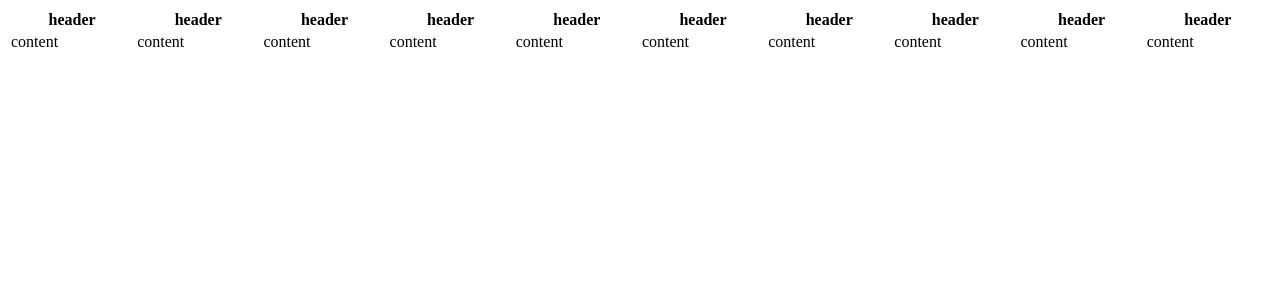
Repository: 16-Doffy/howtouse-htmlcss
Page: Sticky Table/index.html
The author's editor kept a copy of each file at every save. The page is drawn from the files as they stood at one save, then again after the next save.
The browser window is 1280 px wide. The pictures show the whole page.

Above is the page before, as saved 2024-12-17 17:46:23.

After the next save:
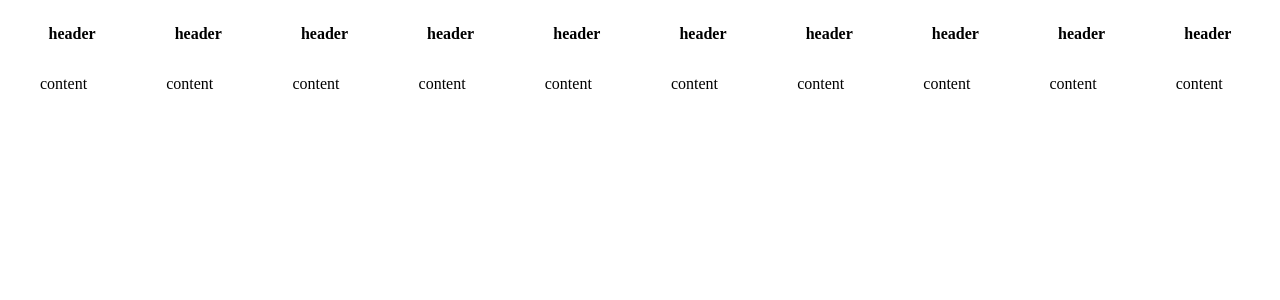
Saved 35 s later.
--- a/Sticky Table/app.css
+++ b/Sticky Table/app.css
@@ -1,4 +1,7 @@
 table{
   width: 100%;
+}
+table th, table td{
+  padding: 15px  30px;
 
 }
